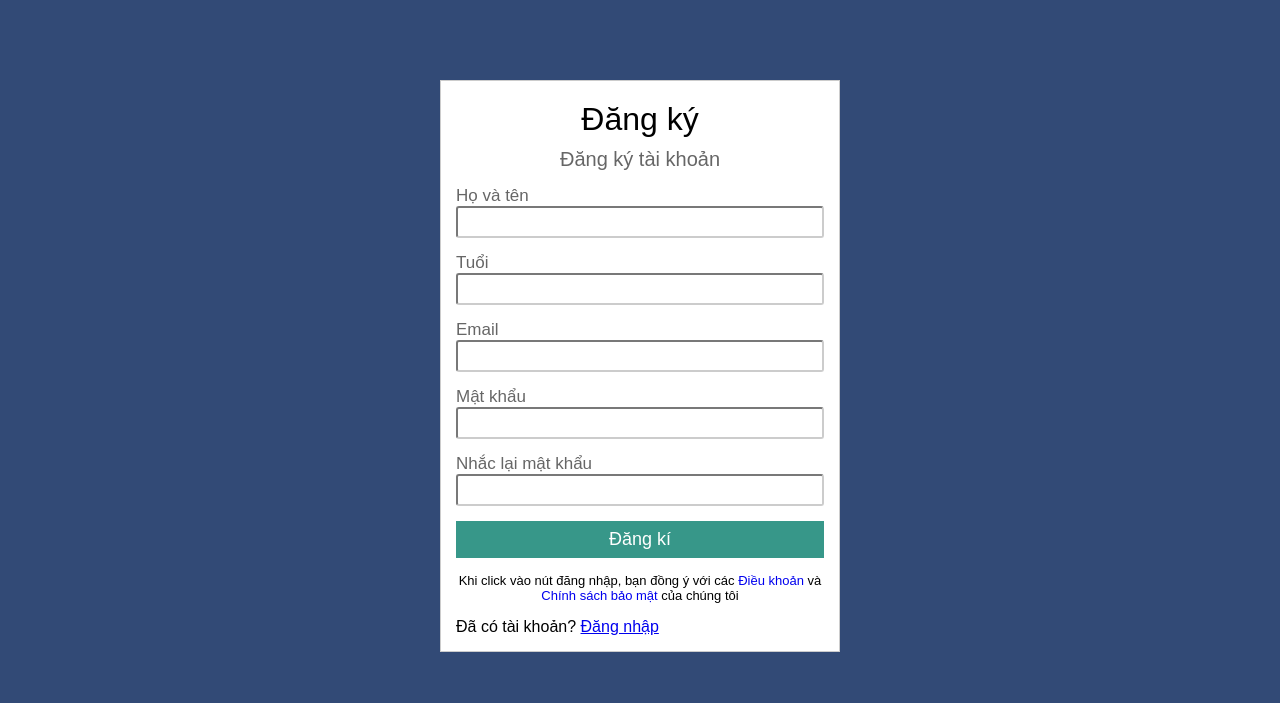
Repository: Ngoc28/HTML-CSS
Page: form/index.html
An editor plug-in stored every save of this project. The page is shown before and after the next save, followed by the edit.
The browser window is 1280 px wide. The pictures show the whole page.

Above is the page before, as saved 2023-08-05 15:06:45.

### form/index.html
<!DOCTYPE html>
<html lang="en">
<head>
    <meta charset="UTF-8">
    <meta name="viewport" content="width=device-width, initial-scale=1.0">
    <title>Register</title>
    <link rel="stylesheet" href="./styles.css">
</head>
<body>
    <div class="form">
        <form action="" class="form-register">
            <div class="heading">
                <h1 class="tieude">Đăng ký</h1>
                <p class="desc">
                    Đăng ký tài khoản
                </p>
            </div>
            <!-- text -->
            <div class="block-form name">
                <label for="hoten">Họ và tên</label>
                <input type="text" name="hoten" id="hoten">
            </div>
            <div class="block-form age">
                <label for="tuoi">Tuổi</label>
                <input type="number" name="tuoi" id="tuoi">
            </div>

            <div class="block-form email">
                <label for="email">Email</label>
                <input type="email" name="email" id="email">
            </div>
            <div class="block-form password">
                <label for="password">Mật khẩu</label>
                <input type="password" name="password" id="password">
            </div>
            <div class="block-form password">
                <label for="password">Nhắc lại mật khẩu</label>
                <input type="password" name="password" id="password">
            </div>

                <input class="submit" type="submit" value="Đăng kí">
            <div class="rules">
                <p class="dieukhoan">
                    Khi click vào nút đăng nhập, bạn đồng ý với các
                    <a href="#">Điều khoản</a>
                    và
                    <a href="#">Chính sách bảo mật</a>
                    của chúng tôi
                </p>
                <p class="hasAcount">
                    Đã có tài khoản?
                    <a href="#">Đăng nhập</a>
                </p>
            </div>
        </form>
    </div>
</body>
</html>

### form/styles.css
*{
    padding: 0;
    margin: 0;
    box-sizing: border-box;
}

body {
    background: #324a76;
    font-family: Arial, Helvetica, sans-serif;
}

.form {
    display: flex;
    justify-content: center;
    align-items: center;
    margin-top: 80px;
}

.form-register {
    padding: 20px 15px 15px 15px;
    width: 400px;
    border: 1px solid #ccc;
    background: #fff;
}

.heading {
    text-align: center;
    margin-bottom: 15px;
}

.tieude {
    font-size: 32px;
    font-weight: 400;
    padding-bottom: 10px;
}

.desc {
    font-size: 20px;
    color: #666;
}

.block-form {
    margin-bottom: 15px;
}

.block-form label {
    display: block;
    font-size: 17px;
    color: #666;
}

.block-form input {
    width: 100%;
    padding: 5px;
    font-size: 16px;
    border-radius: 3px;
    border-color: #ccc ;
}

.submit {
    width: 100%;
    background: #379789;
    border: none;
    padding: 8px;
    font-size: 18px;
    font-weight: 300;
    color: #fff;
    margin-bottom: 15px;
}

.rules {

}

.rules .dieukhoan,
hasAcount {
    font-size: 13px;
    margin-bottom: 15px;
    text-align: center;
}

.dieukhoan a {
    text-decoration: none;
}

.dieukhoan a:hover {
    opacity: .8;
}

After the next save:
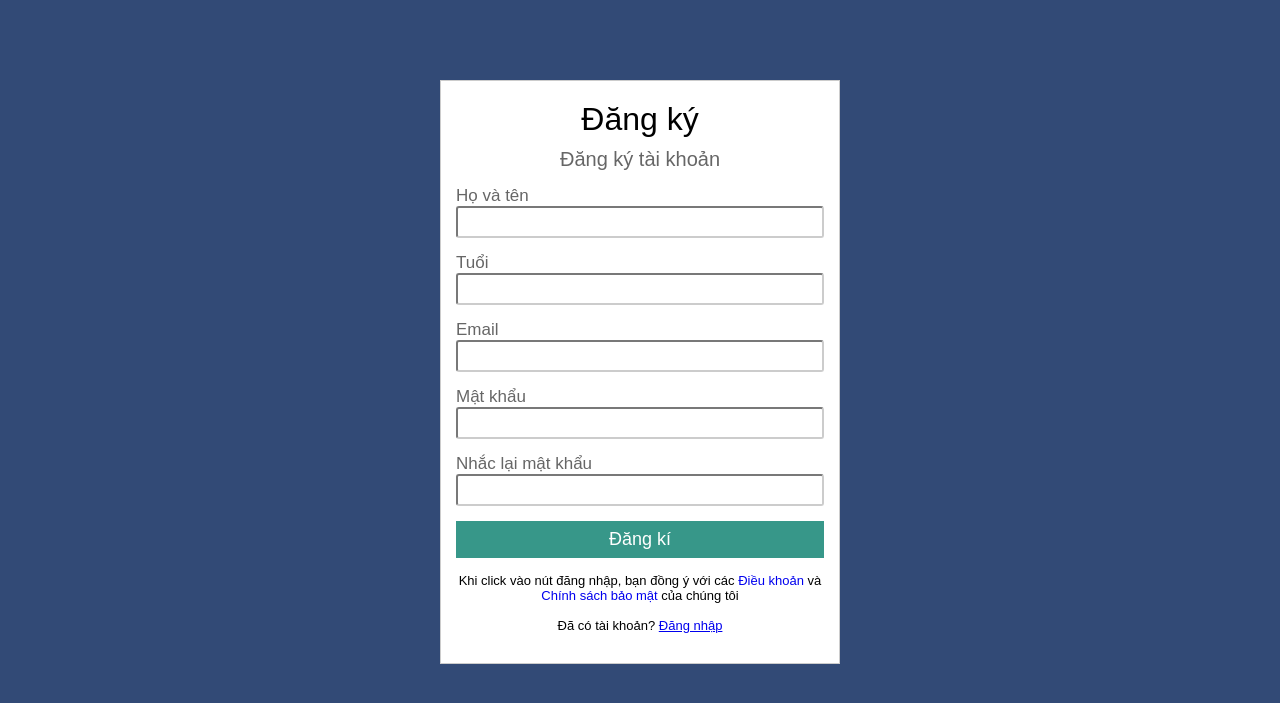
Saved 5 s later.
--- a/form/styles.css
+++ b/form/styles.css
@@ -73,7 +73,7 @@ body {
 }
 
 .rules .dieukhoan,
-hasAcount {
+.hasAcount {
     font-size: 13px;
     margin-bottom: 15px;
     text-align: center;
